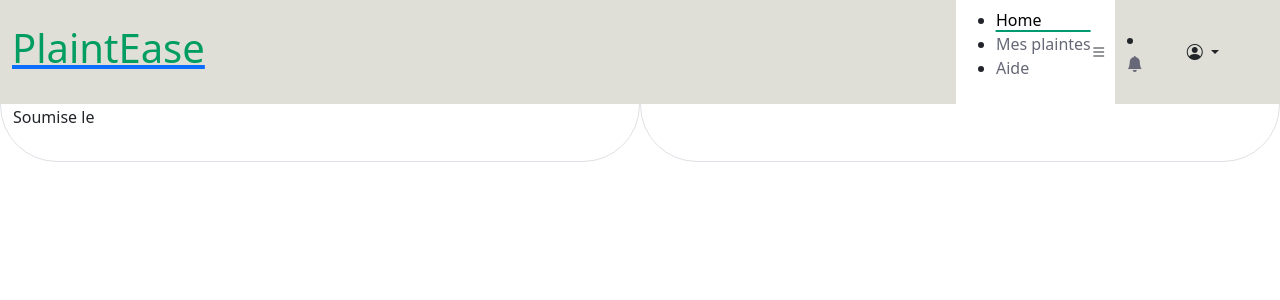
Repository: Senare1/PlaintEasy
Page: complaints/templates/complaints/plaint_detail.html
The author's editor kept a copy of each file at every save. The page is drawn from the files as they stood at one save, then again after the next save.
The browser window is 1280 px wide. The pictures show the whole page.
Some web libraries are served in a nearby version. The template is drawn by Django 4.2. The application's start-up code is not run. Other server files are loaded and not shown. The template is opened directly, without the code that normally fills it, so the values that code supplies are empty.

Above is the page before, as saved 2024-08-11 07:53:28.
Console error: ReferenceError: Swiper is not defined

### complaints/templates/complaints/plaint_detail.html
{% load static %}
<!DOCTYPE html>
<html lang="en">

<head>
  <meta charset="utf-8">
  <meta content="width=device-width, initial-scale=1.0" name="viewport">

  <title>Mes plaintes</title>
  <meta content="" name="description">
  <meta content="" name="keywords">

  <!-- Vendor CSS Files -->
  <link href="https://cdn.jsdelivr.net/npm/bootstrap@5.3.3/dist/css/bootstrap.min.css" rel="stylesheet" integrity="sha384-QWTKZyjpPEjISv5WaRU9OFeRpok6YctnYmDr5pNlyT2bRjXh0JMhjY6hW+ALEwIH" crossorigin="anonymous">
  <link href="https://cdnjs.cloudflare.com/ajax/libs/font-awesome/6.1.1/css/all.min.css" rel="stylesheet">
  <link rel="stylesheet" href="https://cdnjs.cloudflare.com/ajax/libs/bootstrap-icons/1.10.0/font/bootstrap-icons.min.css">
  <link rel="stylesheet" href="https://cdnjs.cloudflare.com/ajax/libs/font-awesome/5.15.3/css/all.min.css" />
  <style>
    tr.clickable-row {
        cursor: pointer;
    }

    tr.clickable-row:hover {
        background-color: #f5f5f5;
    }
</style>

  <!-- Template Main CSS File -->
  <link href="{% static 'complaints/css/style.css' %}" rel="stylesheet">

</head>
<!-- ======= Header ======= -->


<body>

  <!-- ======= Header ======= -->
  <header id="header" class="fixed-top d-flex align-items-center" style="background-color:rgb(223, 223, 216);">
    <div class="container d-flex align-items-center justify-content-between">

      <div class="logo">
        <h1><a href="{% url 'home' %}"><span style="color: #009d63;">PlaintEase</span></a></h1>
        <!-- Uncomment below if you prefer to use an image logo -->
        <!-- <a href="index.html"><img src="assets/img/logo.png" alt="" class="img-fluid"></a>-->
      </div>

      <nav id="navbar" class="navbar">
        <ul>
          <li><a class="nav-link scrollto active" href="{% url 'home' %}">Home</a></li>
          <li><a class="nav-link scrollto" href="{% url 'my_plaints' %}">Mes plaintes</a></li>
          <li><a class="nav-link scrollto" href="{% url 'help' %}">Aide</a></li>
        </ul>
        <i class="bi bi-list mobile-nav-toggle"></i>
      </nav>
    </div>

    <li class="nav-item notification-icon">
          <a class="nav-link" href="#" id="MYResponses" data-toggle="modal" data-target="#infoModal">
              <i class="bi bi-bell-fill"></i>
              <span class="badge">{{number}}</span>
          </a>
      </li>

  <div class="dropdown me-5 ms-4">

    <button class="btn  dropdown-toggle " type="button" data-bs-toggle="dropdown" aria-expanded="false">
      <i class="bi bi-person-circle "></i>
    </button>
    <ul class="dropdown-menu">
      <!-- <li><a class="dropdown-item" href="#">Profile</a></li> -->
      <li><a class="dropdown-item text-danger" href="{% url 'logout' %}"><i class="fas fa-power-off"></i>Logout</a></li>
    </ul>
  </div>
    <!-- <button type="button" class="btn"><a class="getstarted scrollto" href="">Logout</a></button> -->

  </header><!-- End Header -->

<div class="row mx-auto my-5">
    <div class="col border rounded-pill py-3">
        <p>Motif de la plainte</p>
        <div>{{ complaint.motif }}</div>
        <p>Soumise le {{ complaint.incident_date }}</p>
    </div>
    <div class="col border rounded-pill py-3">
        <p>Description de la plainte</p>
        <div>{{ complaint.motif }}</div>
    </div>
</div>

  <!---------les scripts js-->
  <script src="https://cdn.jsdelivr.net/npm/bootstrap@5.3.3/dist/js/bootstrap.bundle.min.js" integrity="sha384-YvpcrYf0tY3lHB60NNkmXc5s9fDVZLESaAA55NDzOxhy9GkcIdslK1eN7N6jIeHz" crossorigin="anonymous"></script>
  <script src="{% static 'complaints/js/main.js' %}"></script>

</body>

</html>

### complaints/static/complaints/css/style.css
.navbar{
    background-color: #fff;
    /*height: 80px;*/
    font-size: 16px;
    /*margin: 20px;
    border-radius: 40px;*/
    padding: 0.5rem;
}


.navbar-brand{
    color: #009970;
    font-weight: 500;
    font-size: 24px;
    transition: 0.3s color;
}
.logout-button{
    background-color: #990000;
    font-size: 14px;
    color: #fff;
    padding: 8px 20px;
    border-radius: 50px;
    text-decoration: none;
    transition: 0.3s background-color;
}

.logout-button:hover{
    background-color: #990000;
}

.navbar-toggler{
    border: none;
    font-size: 1.25rem;
}
.navbar-toggler:focus,.btn-close:focus{
    box-shadow: none;
    outline: none;
}

.nav-link{
    color: #666777;
    font-weight: 500;
    position: relative;
}

.nav-link:hover,.nav-link.active{
    color: #000;
}
@media(min-width:991px){
    .nav-link::before{
        content: "";
        position: absolute;
        bottom: 0;
        left: 50%;
        transform: translateX(-50%);
        width: 0;
        height: 2px;
        background-color: #009970;
        visibility: hidden;
        transition: 0.3s ease-in-out;
    }

    .nav-link:hover::before,.nav-link.nav-link.active::before{
        width: 100%;
        visibility: visible;
    }
}

.hero-section{
    background : url(../image/law.jpeg) no-repeat center;
    background-size: cover;
    width: 100%;
    height: 100vh;
    padding-top: 50px;
}

/* Contrôle de la barre de recherche*/
.search-form {
    border-radius: .10rem;
    padding: 0.3rem;
}
.search-input {
    border: none;
    box-shadow: none;
}
.search-input:focus {
    border: none;
    box-shadow: none;
    outline: none;
}
.search-button {
    border: none;
    box-shadow: none;
}
.search-button:focus {
    outline: none;
}

/* End footer*/

/* Start footer*/

.footer {
    background-color: #f8f9fa;
    padding: 2rem 0;
    border-top: 1px solid #e9ecef;
}
.footer a {
    color: #6c757d;
    text-decoration: none;
}
.footer a:hover {
    text-decoration: underline;
}
.social-icons a {
    margin: 0 0.5rem;
    color: #6c757d;
}
.social-icons a:hover {
    color: #495057;
}


/* End footer*/

### complaints/static/complaints/js/main.js
/**
* Template Name: Vesperr - v4.10.0
* Template URL: https://bootstrapmade.com/vesperr-free-bootstrap-template/
* Author: BootstrapMade.com
* License: https://bootstrapmade.com/license/
*/
(function() {
  "use strict";

  /**
   * Easy selector helper function
   */
  const select = (el, all = false) => {
    el = el.trim()
    if (all) {
      return [...document.querySelectorAll(el)]
    } else {
      return document.querySelector(el)
    }
  }

  /**
   * Easy event listener function
   */
  const on = (type, el, listener, all = false) => {
    let selectEl = select(el, all)
    if (selectEl) {
      if (all) {
        selectEl.forEach(e => e.addEventListener(type, listener))
      } else {
        selectEl.addEventListener(type, listener)
      }
    }
  }

  /**
   * Easy on scroll event listener
   */
  const onscroll = (el, listener) => {
    el.addEventListener('scroll', listener)
  }

  /**
   * Navbar links active state on scroll
   */
  let navbarlinks = select('#navbar .scrollto', true)
  const navbarlinksActive = () => {
    let position = window.scrollY + 200
    navbarlinks.forEach(navbarlink => {
      if (!navbarlink.hash) return
      let section = select(navbarlink.hash)
      if (!section) return
      if (position >= section.offsetTop && position <= (section.offsetTop + section.offsetHeight)) {
        navbarlink.classList.add('active')
      } else {
        navbarlink.classList.remove('active')
      }
    })
  }
  window.addEventListener('load', navbarlinksActive)
  onscroll(document, navbarlinksActive)

  /**
   * Scrolls to an element with header offset
   */
  const scrollto = (el) => {
    let header = select('#header')
    let offset = header.offsetHeight

    if (!header.classList.contains('header-scrolled')) {
      offset -= 20
    }

    let elementPos = select(el).offsetTop
    window.scrollTo({
      top: elementPos - offset,
      behavior: 'smooth'
    })
  }

  /**
   * Toggle .header-scrolled class to #header when page is scrolled
   */
  let selectHeader = select('#header')
  if (selectHeader) {
    const headerScrolled = () => {
      if (window.scrollY > 100) {
        selectHeader.classList.add('header-scrolled')
      } else {
        selectHeader.classList.remove('header-scrolled')
      }
    }
    window.addEventListener('load', headerScrolled)
    onscroll(document, headerScrolled)
  }

  /**
   * Back to top button
   */
  let backtotop = select('.back-to-top')
  if (backtotop) {
    const toggleBacktotop = () => {
      if (window.scrollY > 100) {
        backtotop.classList.add('active')
      } else {
        backtotop.classList.remove('active')
      }
    }
    window.addEventListener('load', toggleBacktotop)
    onscroll(document, toggleBacktotop)
  }

  /**
   * Mobile nav toggle
   */
  on('click', '.mobile-nav-toggle', function(e) {
    select('#navbar').classList.toggle('navbar-mobile')
    this.classList.toggle('bi-list')
    this.classList.toggle('bi-x')
  })

  /**
   * Mobile nav dropdowns activate
   */
  on('click', '.navbar .dropdown > a', function(e) {
    if (select('#navbar').classList.contains('navbar-mobile')) {
      e.preventDefault()
      this.nextElementSibling.classList.toggle('dropdown-active')
    }
  }, true)

  /**
   * Scrool with ofset on links with a class name .scrollto
   */
  on('click', '.scrollto', function(e) {
    if (select(this.hash)) {
      e.preventDefault()

      let navbar = select('#navbar')
      if (navbar.classList.contains('navbar-mobile')) {
        navbar.classList.remove('navbar-mobile')
        let navbarToggle = select('.mobile-nav-toggle')
        navbarToggle.classList.toggle('bi-list')
        navbarToggle.classList.toggle('bi-x')
      }
      scrollto(this.hash)
    }
  }, true)

  /**
   * Scroll with ofset on page load with hash links in the url
   */
  window.addEventListener('load', () => {
    if (window.location.hash) {
      if (select(window.location.hash)) {
        scrollto(window.location.hash)
      }
    }
  });

  /**
   * Testimonials slider
   */
  new Swiper('.testimonials-slider', {
    speed: 600,
    loop: true,
    autoplay: {
      delay: 5000,
      disableOnInteraction: false
    },
    slidesPerView: 'auto',
    pagination: {
      el: '.swiper-pagination',
      type: 'bullets',
      clickable: true
    },
    breakpoints: {
      320: {
        slidesPerView: 1,
        spaceBetween: 20
      },

      1200: {
        slidesPerView: 2,
        spaceBetween: 20
      }
    }
  });

  /**
   * Porfolio isotope and filter
   */
  window.addEventListener('load', () => {
    let portfolioContainer = select('.portfolio-container');
    if (portfolioContainer) {
      let portfolioIsotope = new Isotope(portfolioContainer, {
        itemSelector: '.portfolio-item',
        layoutMode: 'fitRows'
      });

      let portfolioFilters = select('#portfolio-flters li', true);

      on('click', '#portfolio-flters li', function(e) {
        e.preventDefault();
        portfolioFilters.forEach(function(el) {
          el.classList.remove('filter-active');
        });
        this.classList.add('filter-active');

        portfolioIsotope.arrange({
          filter: this.getAttribute('data-filter')
        });
        portfolioIsotope.on('arrangeComplete', function() {
          AOS.refresh()
        });
      }, true);
    }

  });

  /**
   * Initiate portfolio lightbox
   */
  const portfolioLightbox = GLightbox({
    selector: '.portfolio-lightbox'
  });

  /**
   * Portfolio details slider
   */
  new Swiper('.portfolio-details-slider', {
    speed: 400,
    loop: true,
    autoplay: {
      delay: 5000,
      disableOnInteraction: false
    },
    pagination: {
      el: '.swiper-pagination',
      type: 'bullets',
      clickable: true
    }
  });

  /**
   * Animation on scroll
   */
  window.addEventListener('load', () => {
    AOS.init({
      duration: 1000,
      easing: 'ease-in-out',
      once: true,
      mirror: false
    })
  });

  /**
   * Initiate Pure Counter
   */
  new PureCounter();

})()



// script.js

const carouselItems = document.querySelectorAll('.carousel-item');
let index = 0;

function showImage(index) {
    carouselItems.forEach((item, i) => {
        item.classList.remove('active');
        item.style.animation = ''; // Réinitialise l'animation
        if (i === index) {
            item.classList.add('active');
            item.style.animation = 'fadeIn 1s ease-in-out'; // Animation d'entrée
        }
    });
}

function nextImage() {
    carouselItems[index].style.animation = 'fadeOut 1s ease-in-out'; // Animation de sortie
    index = (index + 1) % carouselItems.length;
    showImage(index);
}

// Initial setup
showImage(index);

// Automatic slide every 3 seconds
setInterval(nextImage, 3000); // Change image every 3 seconds

After the next save:
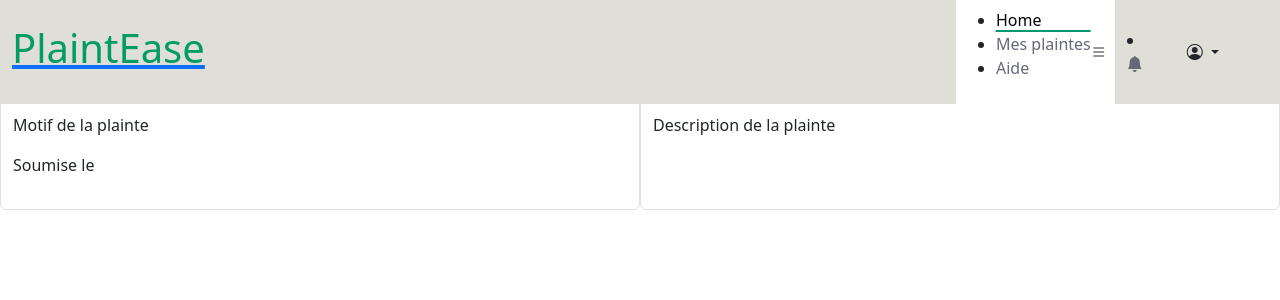
Saved 24 s later.
--- a/complaints/templates/complaints/plaint_detail.html
+++ b/complaints/templates/complaints/plaint_detail.html
@@ -76,12 +76,12 @@
   </header><!-- End Header -->
 
 <div class="row mx-auto my-5">
-    <div class="col border rounded-pill py-3">
+    <div class="col border rounded mt-5 py-3">
         <p>Motif de la plainte</p>
         <div>{{ complaint.motif }}</div>
         <p>Soumise le {{ complaint.incident_date }}</p>
     </div>
-    <div class="col border rounded-pill py-3">
+    <div class="col border rounded mt-5 py-3">
         <p>Description de la plainte</p>
         <div>{{ complaint.motif }}</div>
     </div>
